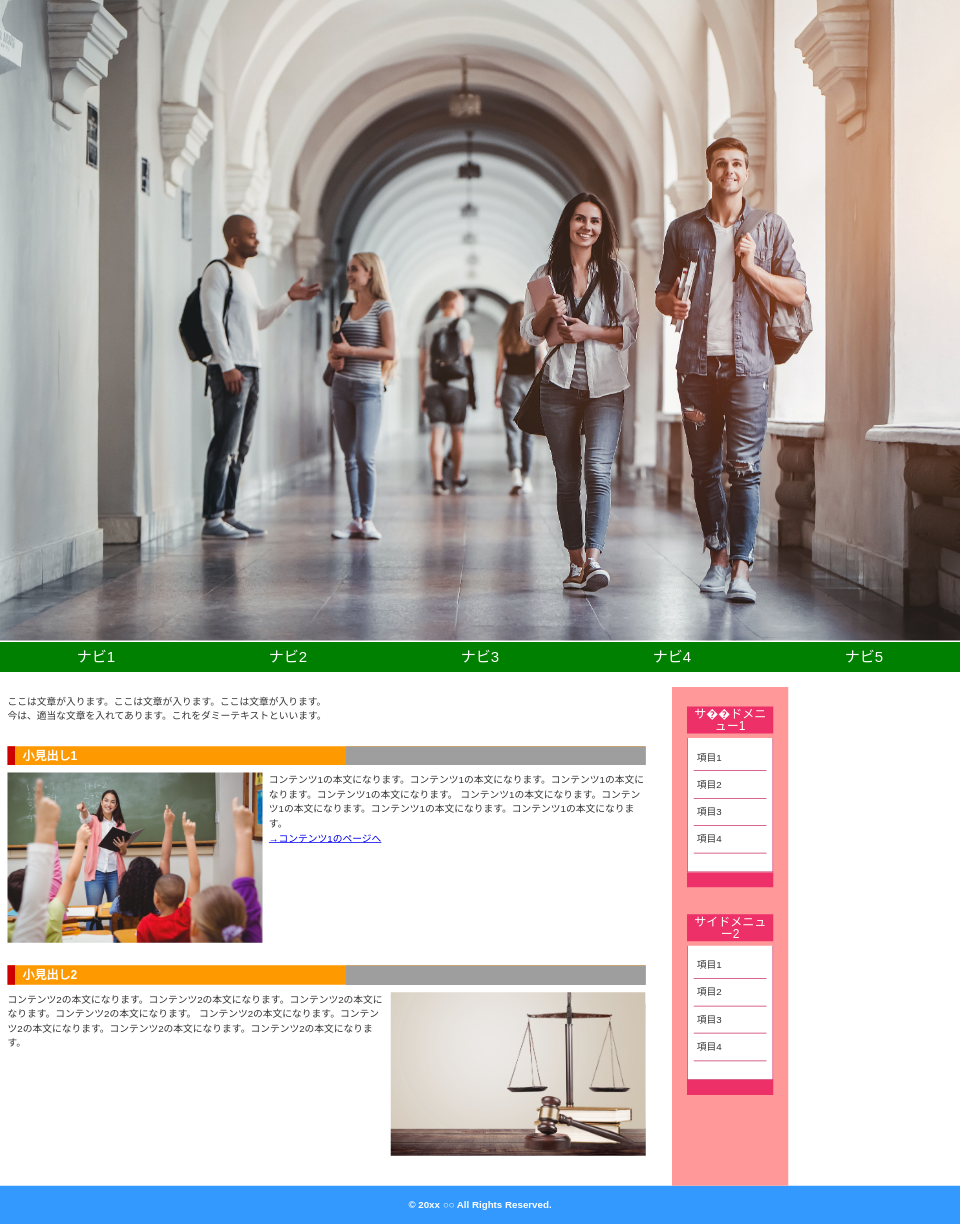
Repository: muraehirotaka/samurai_HTML-CSS
Page: home.html
The author's editor kept a record of every edit. The page is drawn from the files as they stood at one moment, then again after the next edit.
The browser window is 1280 px wide. The pictures show the whole page, at 75% of full size.
Pictures or frames that could not be fetched are drawn as grey boxes.

Above is the page before.

After the next edit:
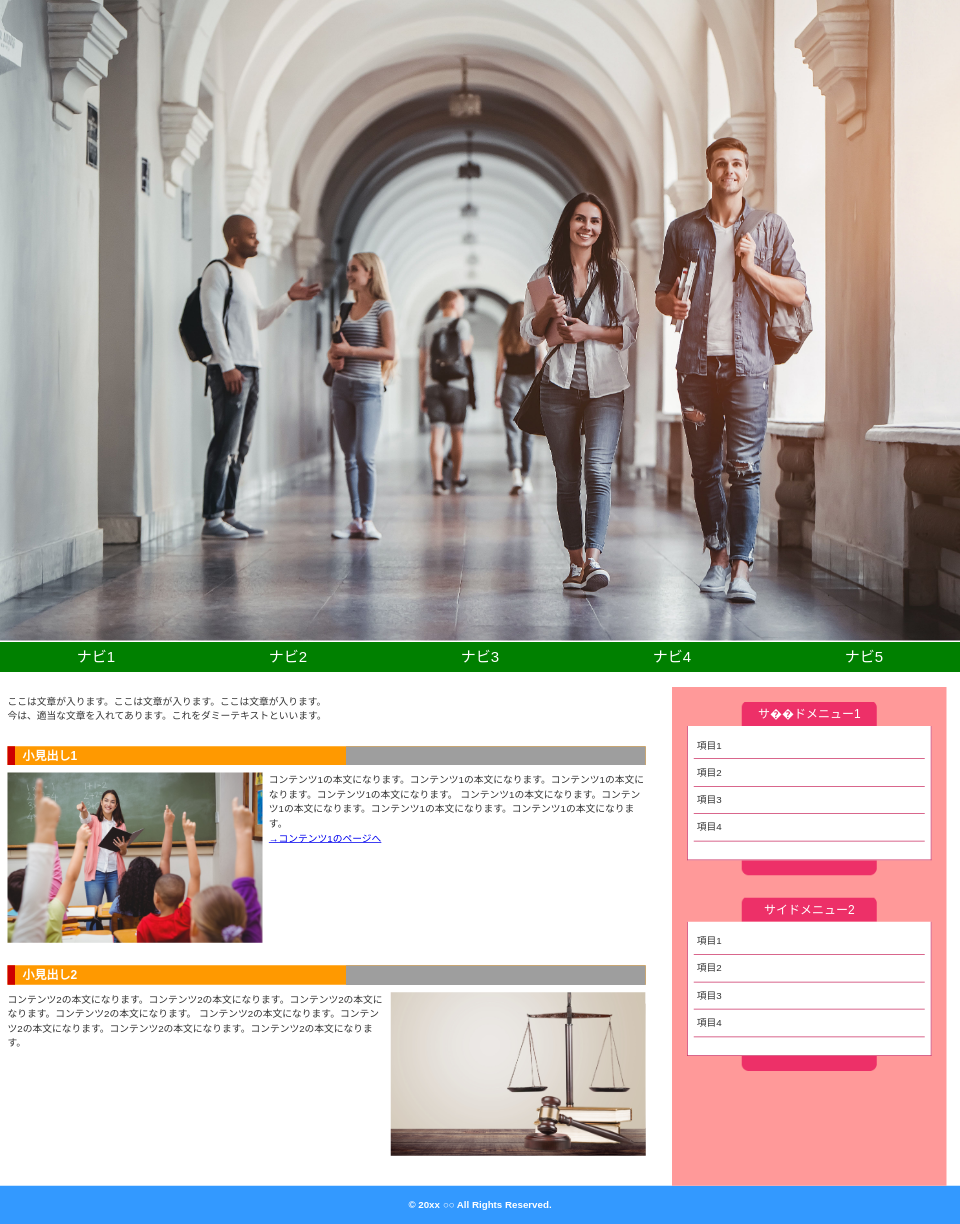
The edit:
--- a/stylesheet.css
+++ b/stylesheet.css
@@ -49,7 +49,7 @@
 	width: 100%;
 }
 #nav ul {
-	 display: flex;
+	display: flex;
 	margin: 0;
 	padding: 0;
 	list-style-type: none;
@@ -69,11 +69,9 @@
 	background-color: green;
 }
 
-
- #nav ul li a:hover {
-	 filter: drop-shadow(10px 10px 10px black);
- }
-
+#nav ul li a:hover {
+	filter: drop-shadow(10px 10px 10px black);
+}
 
 /* -------------------- container -------------------- */
 #container {
@@ -83,7 +81,7 @@
 	padding-top: 20px;
 	clear: both;
 	display: grid;
-    grid-template-columns: 70vw 30vw;
+	grid-template-columns: 70vw 30vw;
 }
 /* -------------------- main -------------------- */
 #main {
@@ -136,8 +134,7 @@
 
 /* -------------------- side -------------------- */
 #side {
-	float: right;
-	width: 30%;
+	width: 85%;
 	padding: 20px;
 	background-color: #F99;
 }
@@ -174,8 +171,8 @@
 }
 
 #side .box .boxBody ul li:hover {
-	 padding: 8px 0 8px 4px;
-	 list-style: none;
-	 border-bottom: solid 1px #C36;
-	 box-shadow: 0px 4px 4px rgba(0, 0, 0, 0.3);
- }
+	padding: 8px 0 8px 4px;
+	list-style: none;
+	border-bottom: solid 1px #C36;
+	box-shadow: 0px 4px 4px rgba(0, 0, 0, 0.3);
+}
